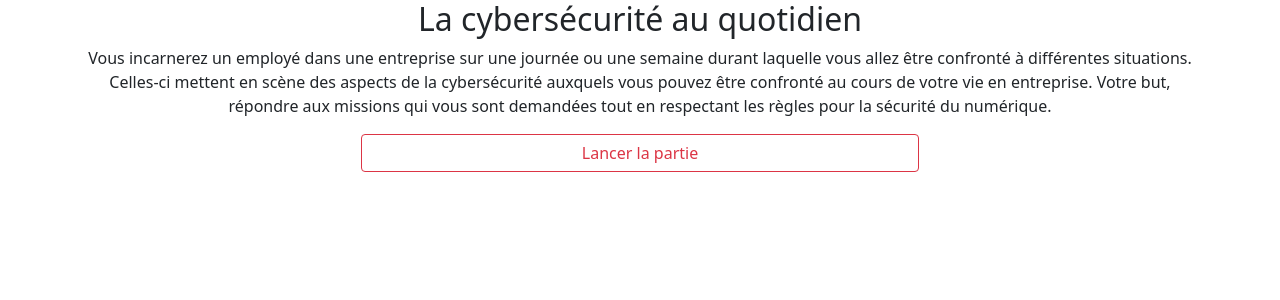
Repository: Geleetz/Workshop-I1-EPSI
Page: http://localhost/
The author's editor kept a copy of each file at every save. The page is drawn from the files as they stood at one save, then again after the next save.
The browser window is 1280 px wide. The pictures show the whole page.
The page is run by PHP 8.4 with error messages shown; the project is at /var/www/html/.

Above is the page before, as saved 2021-09-28 11:17:38.

### index.php
<!doctype html>
<html lang="fr">

<head>
  <!-- Required meta tags -->
  <meta charset="utf-8">
  <meta name="viewport" content="width=device-width, initial-scale=1, shrink-to-fit=no">
  <!-- Ajout des librairies CSS -->
  <link href="https://cdn.jsdelivr.net/npm/bootstrap@5.1.1/dist/css/bootstrap.min.css" rel="stylesheet" integrity="sha384-F3w7mX95PdgyTmZZMECAngseQB83DfGTowi0iMjiWaeVhAn4FJkqJByhZMI3AhiU" crossorigin="anonymous">
  <title>Workshop - Accueil</title>

</head>
<body>
<h2 class="text-center">La cybersécurité au quotidien</h2>
<div class="container">
  <p class="text-center">Vous incarnerez un employé dans une entreprise sur une journée ou une semaine durant laquelle vous allez être confronté à
    différentes situations. Celles-ci mettent en scène des aspects de la cybersécurité auxquels vous pouvez être confronté au
    cours de votre vie en entreprise. Votre but, répondre aux missions qui vous sont demandées tout en respectant les règles pour
    la sécurité du numérique.</p>
  <div class="d-grid gap-2 col-6 mx-auto">
    <button onclick="startGame()" type="button" class="btn btn-outline-danger">Lancer la partie</button>
  </div>
</div>
</body>
<script>
function startGame() {
  window.location.href="game.php";
}
</script>
<!-- Ajout des librairies JS -->
<script src="https://cdn.jsdelivr.net/npm/bootstrap@5.1.1/dist/js/bootstrap.bundle.min.js" integrity="sha384-/bQdsTh/da6pkI1MST/rWKFNjaCP5gBSY4sEBT38Q/9RBh9AH40zEOg7Hlq2THRZ" crossorigin="anonymous"></script>
</html>

After the next save:
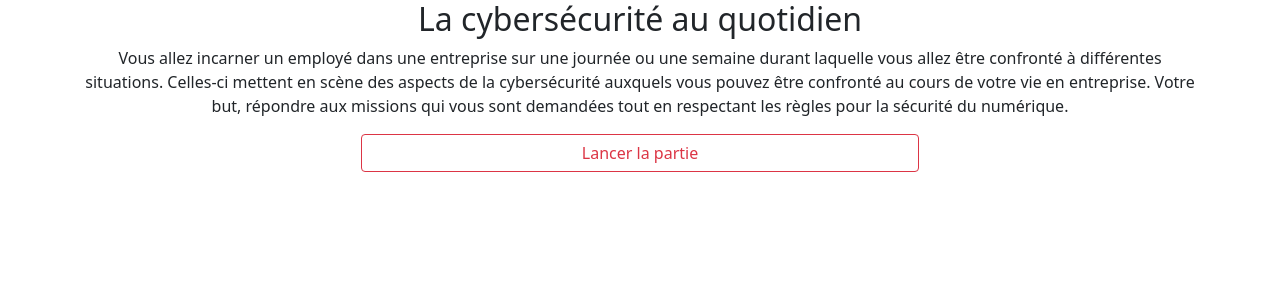
Saved 2 min 7 s later.
--- a/index.php
+++ b/index.php
@@ -13,7 +13,7 @@
 <body>
 <h2 class="text-center">La cybersécurité au quotidien</h2>
 <div class="container">
-  <p class="text-center">Vous incarnerez un employé dans une entreprise sur une journée ou une semaine durant laquelle vous allez être confronté à
+  <p class="text-center">Vous allez incarner un employé dans une entreprise sur une journée ou une semaine durant laquelle vous allez être confronté à
     différentes situations. Celles-ci mettent en scène des aspects de la cybersécurité auxquels vous pouvez être confronté au
     cours de votre vie en entreprise. Votre but, répondre aux missions qui vous sont demandées tout en respectant les règles pour
     la sécurité du numérique.</p>
